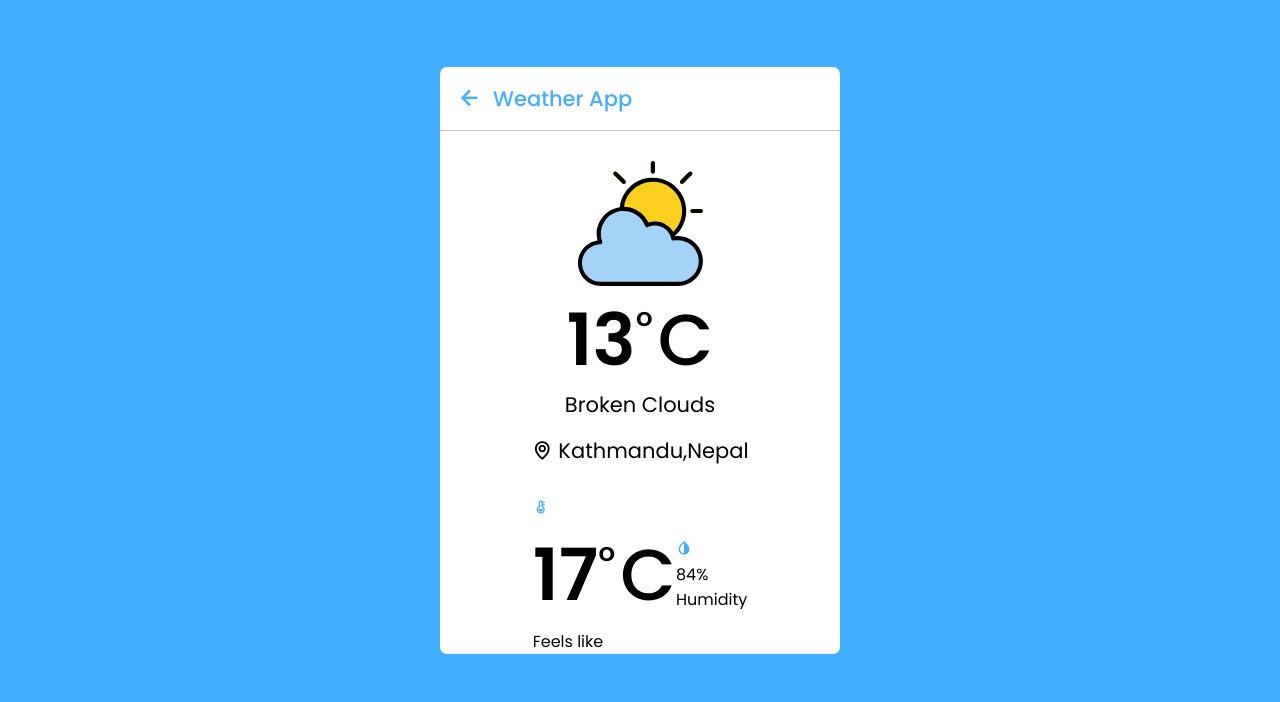
Repository: long13820/Weather-App-HTML-CSS-Javascript
Page: index.html
The author's editor kept a copy of each file at every save. The page is drawn from the files as they stood at one save, then again after the next save.
The browser window is 1280 px wide. The pictures show the whole page.

Above is the page before, as saved 2021-09-02 11:31:09.

### index.html
<!DOCTYPE html>
<html lang="en">
<head>
    <meta charset="UTF-8">
    <meta http-equiv="X-UA-Compatible" content="IE=edge">
    <meta name="viewport" content="width=device-width, initial-scale=1.0">
    <title>Weather App</title>
    <link rel="stylesheet" href="style.css">

    <!--Linking Boxicon For Icon-->
    <link rel="stylesheet" href='https://unpkg.com/boxicons@2.0.9/css/boxicons.min.css' >


</head>
<body>
    <div class="wrapper">
        <header>
            <i class="bx bx-left-arrow-alt"></i>
            Weather App
        </header>
        <section class="input-part">
            <p class="info-txt pending">Please enter a valid city name</p>
            <input type="text" placeholder="Enter city name" spellcheck="false" required>
            <div class="separator"></div>
            <button>Get Device Location</button>
        </section>
        <section class="weather-part">
            <img src="/Weather Icons/cloud.svg" alt="Weather Icon">
            <div class="temp">
                <span class="numb">13</span>
                <span class="deg">°</span>C
            </div>
            <div class="weather">Broken Clouds</div>
            <div class="location">
                <i class="bx bx-map"></i>
                <span>Kathmandu,Nepal</span>
            </div>
            <div class="bottom-details">
                <div class="column feels">
                    <i class="bx bxs-thermometer"></i>
                    <div class="details">
                        <div class="temp">
                            <span class="numb">17</span>
                            <span class="deg">°</span>C
                        </div>
                        <p>Feels like</p>
                    </div>
                </div>
                <div class="column humidity">
                    <i class="bx bxs-droplet-half"></i>
                    <div class="details">
                        <span class="numb">84%</span>
                        <p>Humidity</p>
                    </div>
                </div>
            </div>
        </section>
    </div>
</body>
</html>

### style.css
/*Import Google Font - Poppins*/
@import url('https://fonts.googleapis.com/css2?family=Poppins:wght@400;500;600;700&display=swap');
*{
    margin: 0;
    padding: 0;
    box-sizing: border-box;
    font-family: 'Poppins', sans-serif;
}
body{
    display: flex;
    align-items: center;
    justify-content: center;
    min-height: 100vh;
    background: #43AFFC;
}
.wrapper{
    width: 400px;
    border-radius: 7px;
    background: white;
}
.wrapper header{
    color: #43AFFC;
    font-size: 21px;
    font-weight: 500;
    padding: 16px 15px;
    display: flex;
    align-items: center;
    border-bottom: 1px solid #bfbfbf;

}
header i{
    cursor: pointer;
    font-size: 30px;
    margin-right: 8px;
}
.wrapper .input-part{
    display: none;
    margin: 20px 25px 30px;
}
.input-part .info-txt{
    display: none;
    font-size: 17px;
    text-align: center;
    padding: 12px 7px;
    border-radius: 7px;
    margin-bottom: 15px;
}
.info-txt.error{
    display: block;
    color: #721c24;
    background: #f8d7da;
    border: 1px solid #f5c6cb;
}
.info-txt.pending{
    display: block;
    color: #0c5460;
    background: #d1ecf1;
    border: 1px solid #bee5eb;
}
.input-part :where(input, button){
    width: 100%;
    height: 55px;
    border: none;
    outline: none;
    font-size: 18px;
    border-radius: 7px;
}
.input-part input{
    text-align: center;
    border: 1px solid #bfbfbf;
}
.input-part input:is(:focus,:valid){

}
.input-part .separator{
    height: 1px;
    width: 100%;
    margin: 25px 0px;
    background: #ccc;
    display: flex;
    align-items: center;
    justify-content: center;
}
.separator::before{
    content: "or";
    background-color: white;
    font-size: 19px;
    padding: 0px 15px;
    background: #fff;
}
.input-part button{
    color: white;
    cursor: pointer;
    background: #43AFFC;
}

.wrapper .weather-part{
    margin: 30px 0 0;
    display: flex;
    align-items: center;
    justify-content: center;
    flex-direction: column;
}
.weather-part img{
    max-width: 125px;
}
.weather-part .temp{
    display: flex;
    font-size: 72px;
    font-weight: 500;
}
.weather-part .temp .numb{
    font-weight: 600;
}
.weather-part .temp .deg{
    font-size: 40px;
    margin: 10px 5px 0 0;
    display: block;
}
.weather-part .weather{
    font-size: 21px;
    text-align: center;
    margin: -5px 20px 15px;
}
.weather-part .location{
    display: flex;
    align-items: center;
    font-size: 21px;
    margin-bottom: 30px;
}
.location i{
    font-size: 22px;
    margin-right: 5px;
}
.weather-part .bottom-details{
    width: 100%;
    display: flex;
    align-items: center;
    justify-content: center;
}
.column i{
    color: #43AFFC;

}

After the next save:
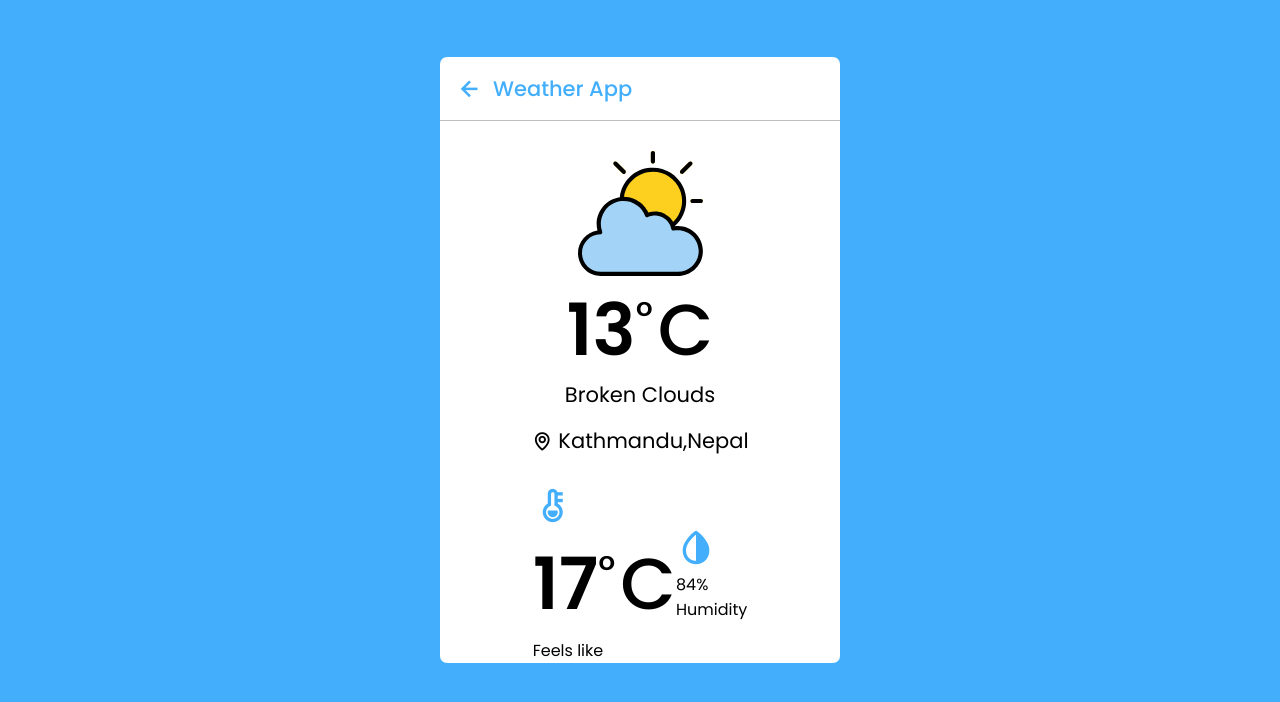
Saved 4 s later.
--- a/style.css
+++ b/style.css
@@ -140,5 +140,5 @@ header i{
 }
 .column i{
     color: #43AFFC;
-
+    font-size: 40px;
 }
